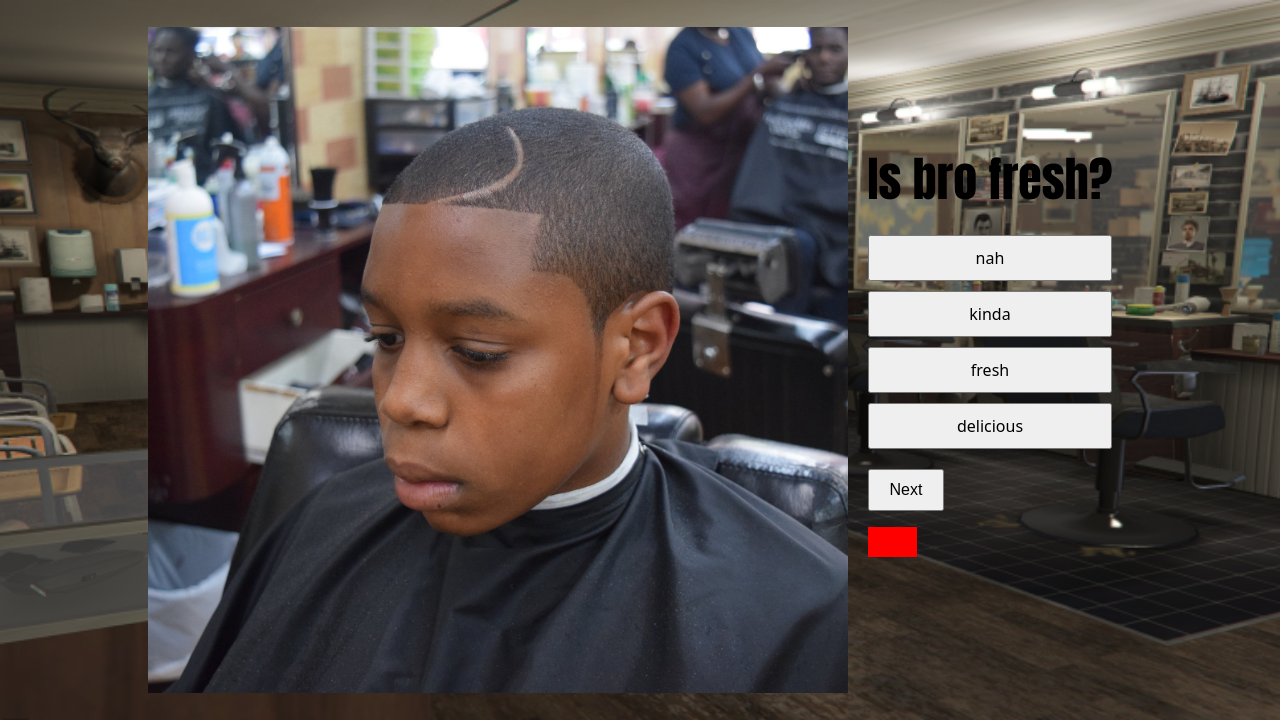
Repository: anderscederberg11/unhandledRuntimeError.json
Page: Henver/henver2.html
These files come from the project's save history. The page is drawn as it stood at one moment and after the next save; the edit follows.
The browser window is 1280 px wide. The pictures show the whole page.

Above is the page before, as saved 2024-05-24 19:47:37.

### Henver/henver2.html
<!DOCTYPE html>
<html lang="en">
<head>
    <meta charset="UTF-8">
    <meta name="viewport" content="width=device-width, initial-scale=1.0">
    <title>HaircutHenver</title>
    <link rel="stylesheet" href="henver2.css">
    <style>
    body {
    background-image: url('/Henver/imgs/gtabarber.webp');
    background-size: cover;
    background-repeat: no-repeat;
        }
    </style>
</head>
<body>
    <audio id="background-music" src="/Henver/imgs/fisherr.mp3" autoplay></audio>
    <div class="haircutVro">
        <img class="haircutPic" src="/Henver/imgs/haircutbro.jpeg" alt="kid in barber chair">
    </div>
    <div class="quiz-container">
        <div id="question"></div>
        <div id="options"></div>
        <button id="next-btn" onclick="nextQuestion()">Next</button>
        <div id="progress"></div>
        <button id="play-sound-btn" style="display: none;" onclick="playSound()">Spray</button>
        <button id="redirect-btn" style="display: none;" onclick="redirect()">Continue Experience</button>
    </div>
    <script>
        const questions = [
            {
                question: "Is bro fresh?",
                options: ["nah", "kinda", "fresh", "delicious"],
                answer: "fresh"
            },
            {
                question: "Is this Kai Cenat?",
                options: ["nah", "yes", "fanum", "who?"],
                answer: "nah"
            },
            {
                question: "He pulls all the girls with his ___ ?",
                options: ["Swagger", "Game", "Rizz"],
                answer: "Rizz"
            },
            {
                question: "What is good tongue posture called??",
                options: ["lofting", "gleeking", "mewing", "NaCl"],
                answer: "mewing"
            },
            {
                question: "Should we spray bro down?",
                options: ["yes", "no"],
                answer: "yes"
            }
        ];

        let currentQuestion = 0;
        const progress = document.getElementById("progress");
        const questionDiv = document.getElementById("question");
        const optionsDiv = document.getElementById("options");

        function loadQuestion() {
            const q = questions[currentQuestion];
            questionDiv.textContent = q.question;
            optionsDiv.innerHTML = "";
            q.options.forEach((opt) => {
                const btn = document.createElement("button");
                btn.textContent = opt;
                btn.onclick = () => checkAnswer(opt);
                optionsDiv.appendChild(btn);
            });
            updateProgress();
        }

        function checkAnswer(selectedOption) {
            if (selectedOption === questions[currentQuestion].answer) {
                if (currentQuestion === questions.length - 1) {
                    document.getElementById("play-sound-btn").style.display = "inline-block";
                    document.getElementById("redirect-btn").style.display = "inline-block";
                }
                currentQuestion++;
                loadQuestion();
            }
        }

        function nextQuestion() {
            if (currentQuestion < questions.length - 1) {
                currentQuestion++;
                loadQuestion();
            }
        }

        function updateProgress() {
            const percent = ((currentQuestion + 1) / questions.length) * 100;
            progress.style.width = percent + "%";
        }

        function playSound() {
            const audio = new Audio('/Henver/imgs/Its just alcohol.mp3');
        audio.play();
        }

        function redirect() {
            window.location.href = "henver3.html";
        }

        loadQuestion();
    </script>
</body>
</html>

### Henver/henver2.css
body, html {
    height: 100%;
    margin: 0;
    display: flex;
    align-items: center;
    justify-content: center;
}

.haircutVro {
    display: flex;
    align-items: center;
    justify-content: center;
    width: 700px;
    height: 700px;
}

.haircutPic {
    max-width: 100%;
    max-height: 100%;
}

.quiz-container {
    max-width: 600px;
    margin: 0 auto;
    padding: 20px;
}

#question {
    font-family: Impact, Haettenschweiler, 'Arial Narrow Bold', sans-serif;
    font-size: 3rem;
    margin-bottom: 20px;
}

#options button {
    font-family: system-ui, -apple-system, BlinkMacSystemFont, 'Segoe UI', Roboto, Oxygen, Ubuntu, Cantarell, 'Open Sans', 'Helvetica Neue', sans-serif;
    display: block;
    width: 100%;
    padding: 10px;
    margin-bottom: 10px;
    font-size: 16px;
    cursor: pointer;
}

#next-btn {
    display: block;
    margin-top: 20px;
    padding: 10px 20px;
    font-size: 16px;
    cursor: pointer;
}

#progress {
    margin-top: 1rem;
    background-color: red;
    height: 30px;
    margin-bottom: 20px;
}

#progress::after {
    content: "";
    display: block;
    background-color: #4CAF50;
    height: 100%;
    width: 0;
}

#play-sound-btn, #redirect-btn {
    display: none;
    margin-top: 20px;
    padding: 10px 20px;
    font-size: 16px;
    cursor: pointer;
}

#play-sound-btn {
    background-color: #4CAF50;
    color: white;
    border: none;
}

#redirect-btn {
    background-color: #f44336;
    color: white;
    border: none;
}

After the next save:
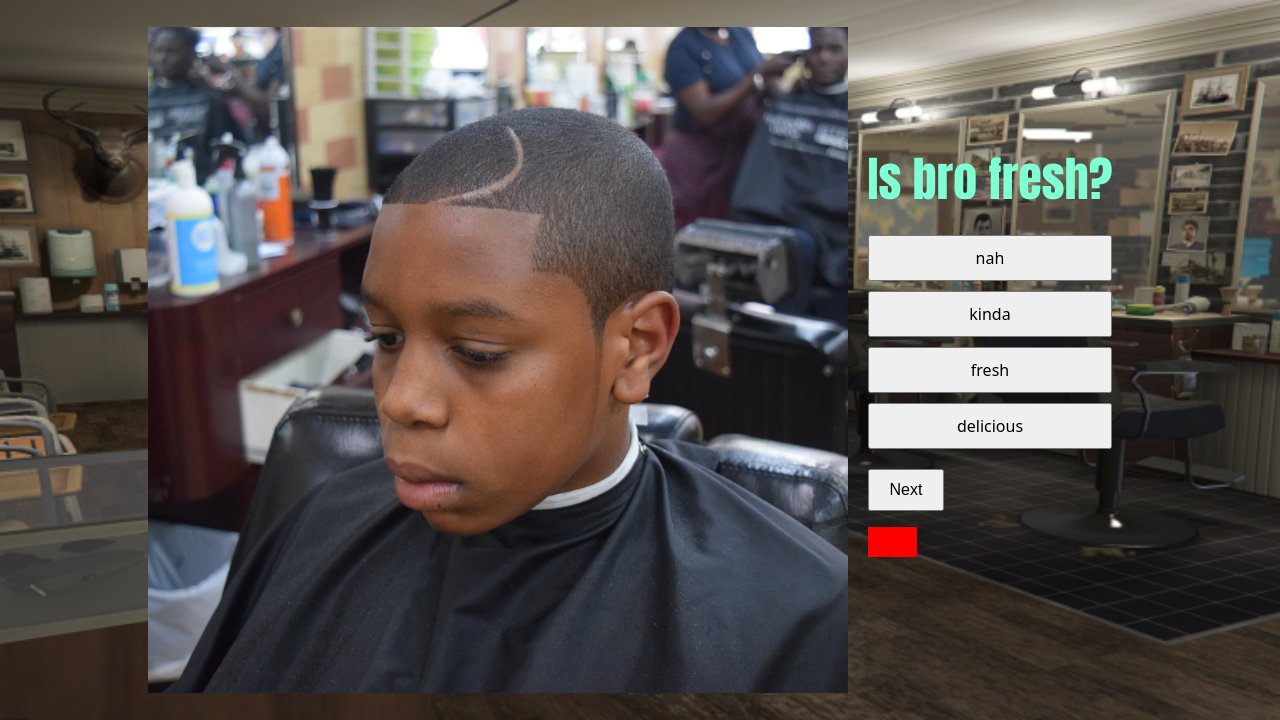
Saved 18 s later.
--- a/Henver/henver2.css
+++ b/Henver/henver2.css
@@ -27,6 +27,7 @@ body, html {
 
 #question {
     font-family: Impact, Haettenschweiler, 'Arial Narrow Bold', sans-serif;
+    color:aquamarine;
     font-size: 3rem;
     margin-bottom: 20px;
 }
